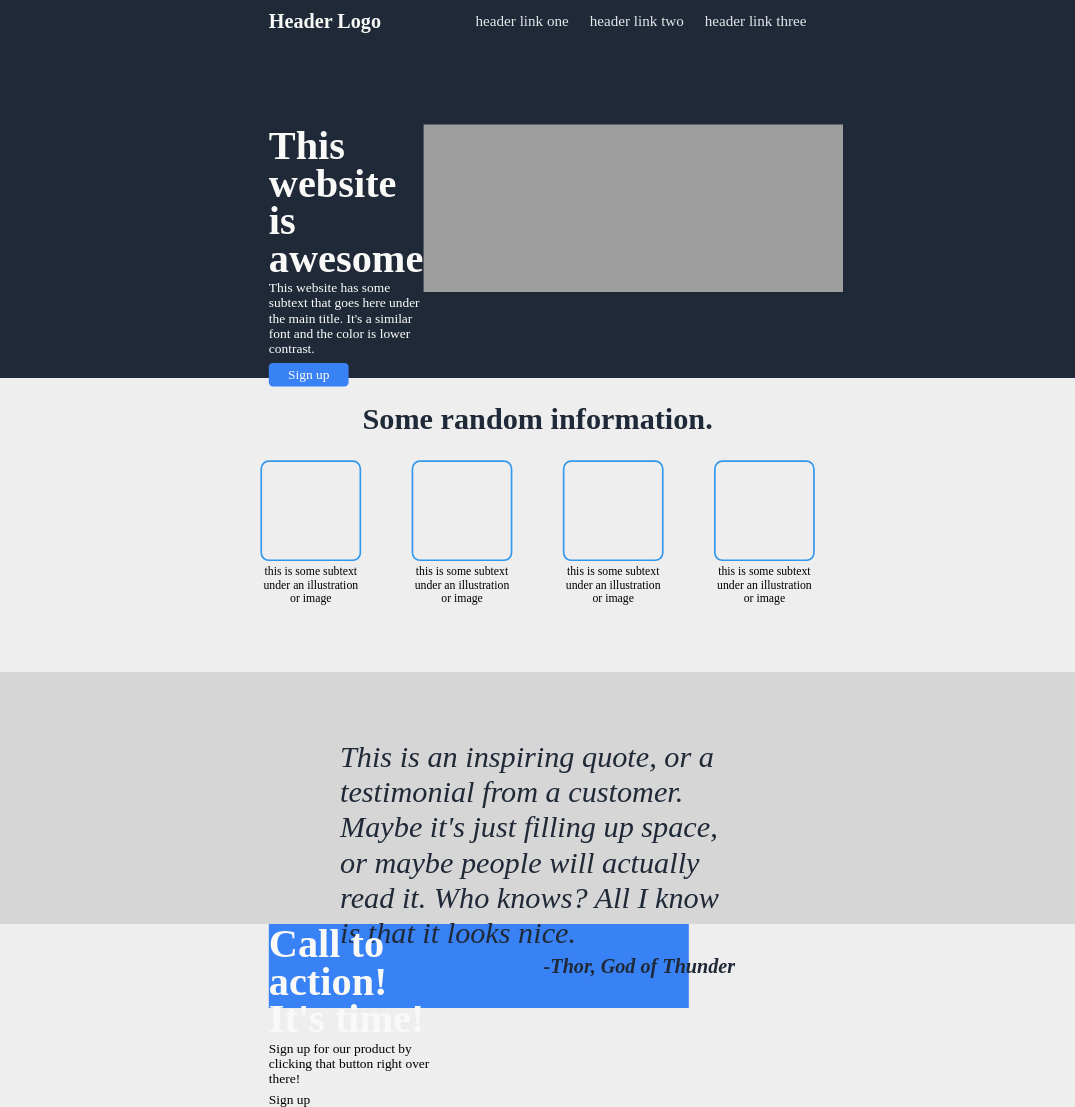
Repository: Pafestivo/Dummy-Landing-Page
Page: index.html
An editor plug-in stored every save of this project. The page is shown before and after the next save, followed by the edit.
The browser window is 1280 px wide. The pictures show the whole page, at 84% of full size.
Pictures or frames that could not be fetched are drawn as grey boxes.

Above is the page before, as saved 2022-09-26 19:26:49.

### index.html
<!DOCTYPE html>
<html lang="en">
<head>
    <meta charset="UTF-8">
    <meta name="viewport" content="width=device-width, initial-scale=1.0">
    <link rel="stylesheet" href="styles.css">
    <title>Landing Page</title>
</head>
<body>
    <header>
        <div class="container">
            <h1>Header Logo</h1>
            <nav>
                <a href="#">header link one</a>
                <a href="#">header link two</a>
                <a href="#">header link three</a>
            </nav>
        </div> <!-- /container-->
    </header>
    <main>
        <section class="first">
            <div class="container">

                <div class="right">
                    <h1>This website is awesome</h1>
                    <p>This website has some subtext that goes here under the main title. It's a similar font and the color is lower contrast.</p>
                    <a href="#">Sign up</a>
                </div> <!-- /right -->

                <div class="left">
                    <img src="images/office.jpg" alt="Office desk photo" />
                </div> <!-- /left -->

            </div> <!-- /container-->
        </section> <!-- /first -->

        <section class="second">
            <div class="container">

                <h1>Some random information.</h1>
                <div class="boxes">
                    <div class="info">
                        <div class="box"></div>
                        <div class="box-info">
                            <p>this is some subtext under an illustration or image</p>
                        </div> <!-- /box-info -->
                    </div> <!-- /info -->

                    <div class="info">
                        <div class="box"></div>
                        <div class="box-info">
                            <p>this is some subtext under an illustration or image</p>
                        </div> <!-- /box-info -->
                    </div> <!-- /info -->

                    <div class="info">
                        <div class="box"></div>
                        <div class="box-info">
                            <p>this is some subtext under an illustration or image</p>
                        </div> <!-- /box-info -->
                    </div> <!-- /info -->

                    <div class="info">
                        <div class="box"></div>
                        <div class="box-info">
                            <p>this is some subtext under an illustration or image</p>
                        </div> <!-- /box-info -->
                    </div> <!-- /info -->

                </div> <!-- /boxes-->
            </div> <!-- /container-->
        </section> <!-- /second -->

        <section class="third">
            <div class="container">
                <p>This is an inspiring quote, or a testimonial from a customer. Maybe it's just filling up space, or maybe people will actually read it. Who knows? All I know is that it looks nice.</p>
                <p class="quote-owner">-Thor, God of Thunder</p>
            </div> <!-- /container-->
        </section> <!-- /third -->

        <section class="fourth">
            <div class="container">
                <div class="coa">
                    <div class="right">
                        <h1>Call to action! It's time!</h1>
                        <p>Sign up for our product by clicking that button right over there!</p>
                    </div> <!-- /right -->
                    <a href="#">Sign up</a>
                </div>
            </div> <!-- /container-->
        </section> <!-- /fourth -->

        <footer>

        </footer>
    </main>
</body>
</html>

### styles.css
* {
  padding: 0;
  margin: 0;
  box-sizing: border-box;
}

body {
  font-family: serif;
  background-color: #eee;
}

.container {
  width: 50vw;
  margin: 0 auto;
}

a {
  text-decoration: none;
  color: inherit;
}

/* header bar */
header {
  display: flex;
  align-items: center;
  background-color: #1F2937;
  color: #fff;
  height: 50px;
}

header h1 {
  font-size: 24px;
  color: #F9FAF8;
}

header .container {
  display: flex;
  justify-content: space-between;
}

header nav {
  display: flex;
  align-items: center;
  gap: 25px;
}

header a {
  font-size: 18px;
  color: #E5E7EB;
}
/* End header bar  */

/* First section  */
.first {
  background-color: #1F2937;
  height: 400px;
  color: #fff;
}

.first .container {
  display: flex;
  align-items: center;
  justify-content: space-between;
  height: 100%;
}

.right {
  display: flex;
  flex-direction: column;
  gap: 4px;
  height: 200px;
  width: 40%;
}

.right h1 {
  font-size: 48px;
  font-weight: extra-bold;
  color: #F9FAF8;
  line-height: 45px;
}

right p {
  font-size: 18px;
  color: #E5E7EB;
}

.first img {
  width: 500px;
  height: 200px;
}

.first a {
  background-color: #3882F6;
  width: 95px;
  padding: 5px;
  border-radius: 5px;
  margin-top: 4px;
  text-align: center;

}
/* End first section  */

/* Second section */
.second {
  height: 350px;
}

.second h1 {
  text-align: center;
  font-size: 36px;
  font-weight: extra-bold;
  color: #1F2937;
  padding: 28px 0 28px 0;
}

.boxes {
  display: flex;
  justify-content: center;
  gap: 60px;
}

.box {
  width: 120px;
  height: 120px;
  border: 2px solid hsl(207, 82%, 56%);
  border-radius: 10px;
}

.box-info {
  margin-top: 5px;
  width: 120px;
  font-size: 14px;
  text-align: center;
}
/* End second section  */

/* Third section  */
.third {
  background-color: #d6d6d6;
  height: 300px;
  padding: 80px;
}

.third .container {
  display: flex;
  width: 42%;
  flex-direction: column;
}

.third p {
  font-size: 36px;
  font-style: italic;
  color: #1F2937;
}

.third .quote-owner {
  font-size: 24px;
  align-self: flex-end;
  font-style: none;
  font-weight: bold;
  margin-top: 5px;
}
/* End third section  */

/* Fourth section */
.coa {
  width: 500px;
  height: 100px;
  background-color: #3882F6;
}
/* End fourth section */

After the next save:
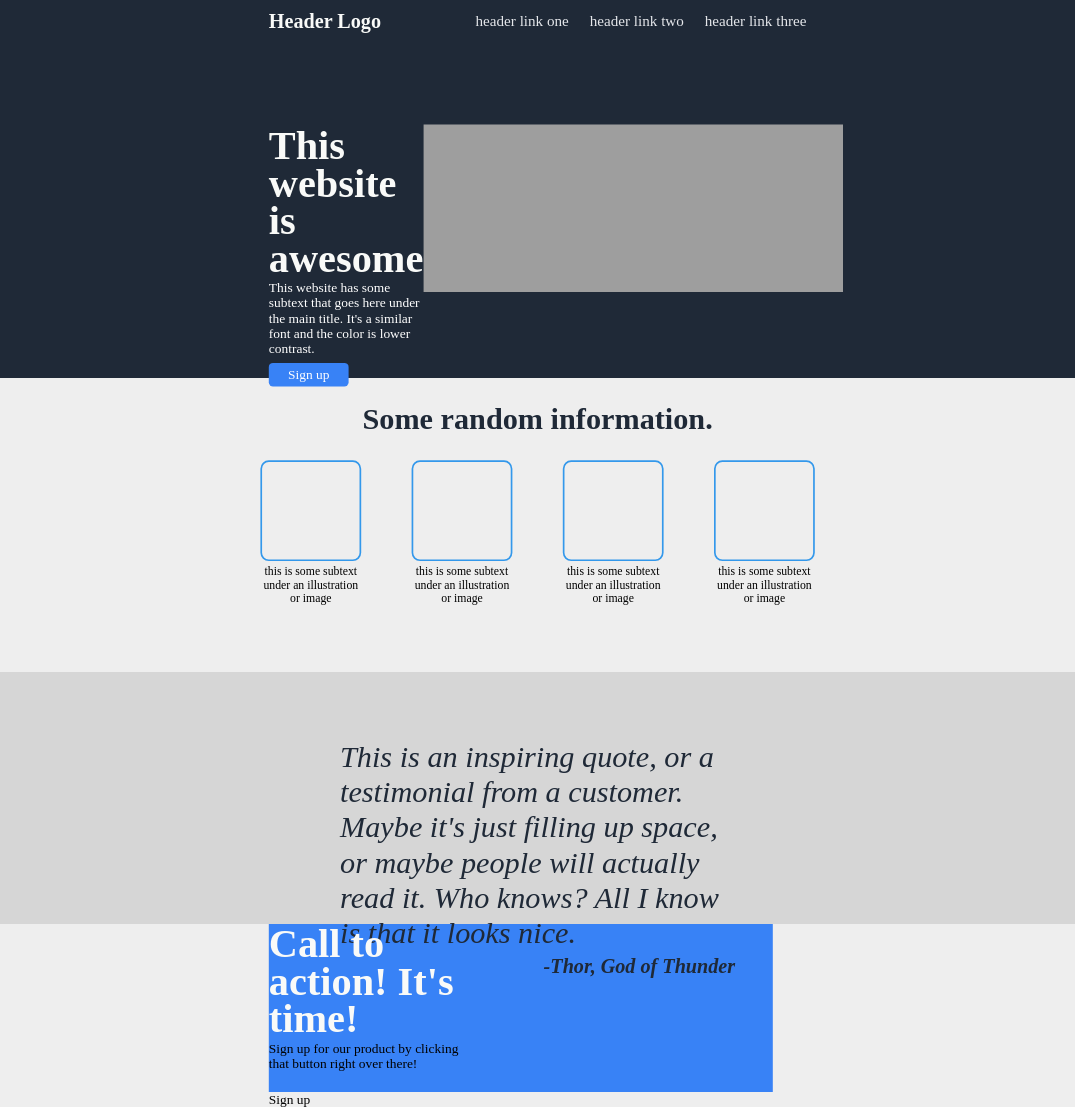
Saved 9 s later.
--- a/styles.css
+++ b/styles.css
@@ -164,8 +164,8 @@ right p {
 
 /* Fourth section */
 .coa {
-  width: 500px;
-  height: 100px;
+  width: 600px;
+  height: 200px;
   background-color: #3882F6;
 }
 /* End fourth section */
